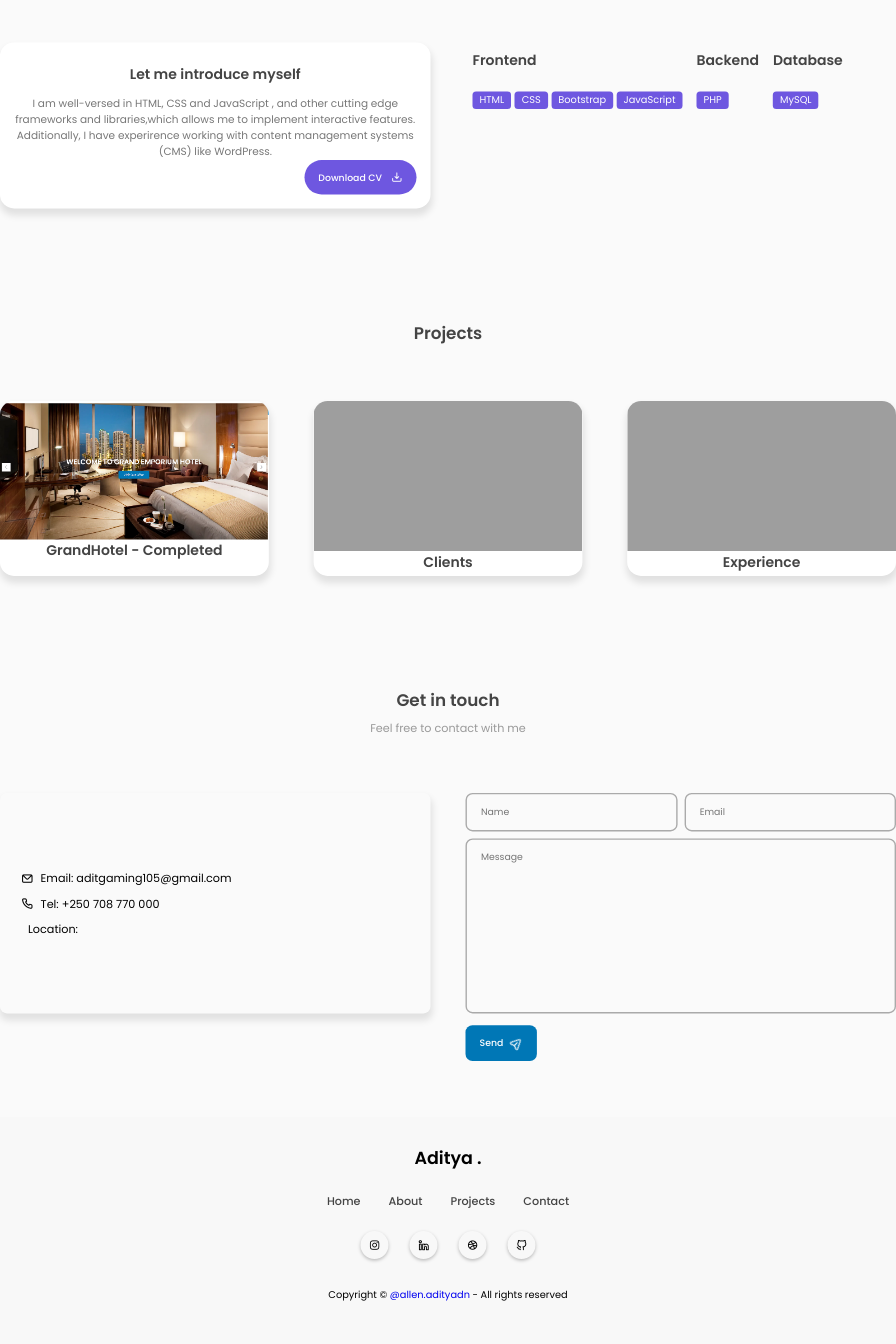
Repository: 4Kbrain/Portofolio
Page: index.html
The author's editor kept a copy of each file at every save. The page is drawn from the files as they stood at one save, then again after the next save.
The browser window is 1280 px wide. The pictures show the part of the page from y = 854 to 2774 px (the page is 2774 px tall), at 70% of full size.
Pictures or frames that could not be fetched are drawn as grey boxes.

Above is the page before, as saved 2024-05-15 16:37:53.
Console error: ReferenceError: ScrollReveal is not defined

After the next save:
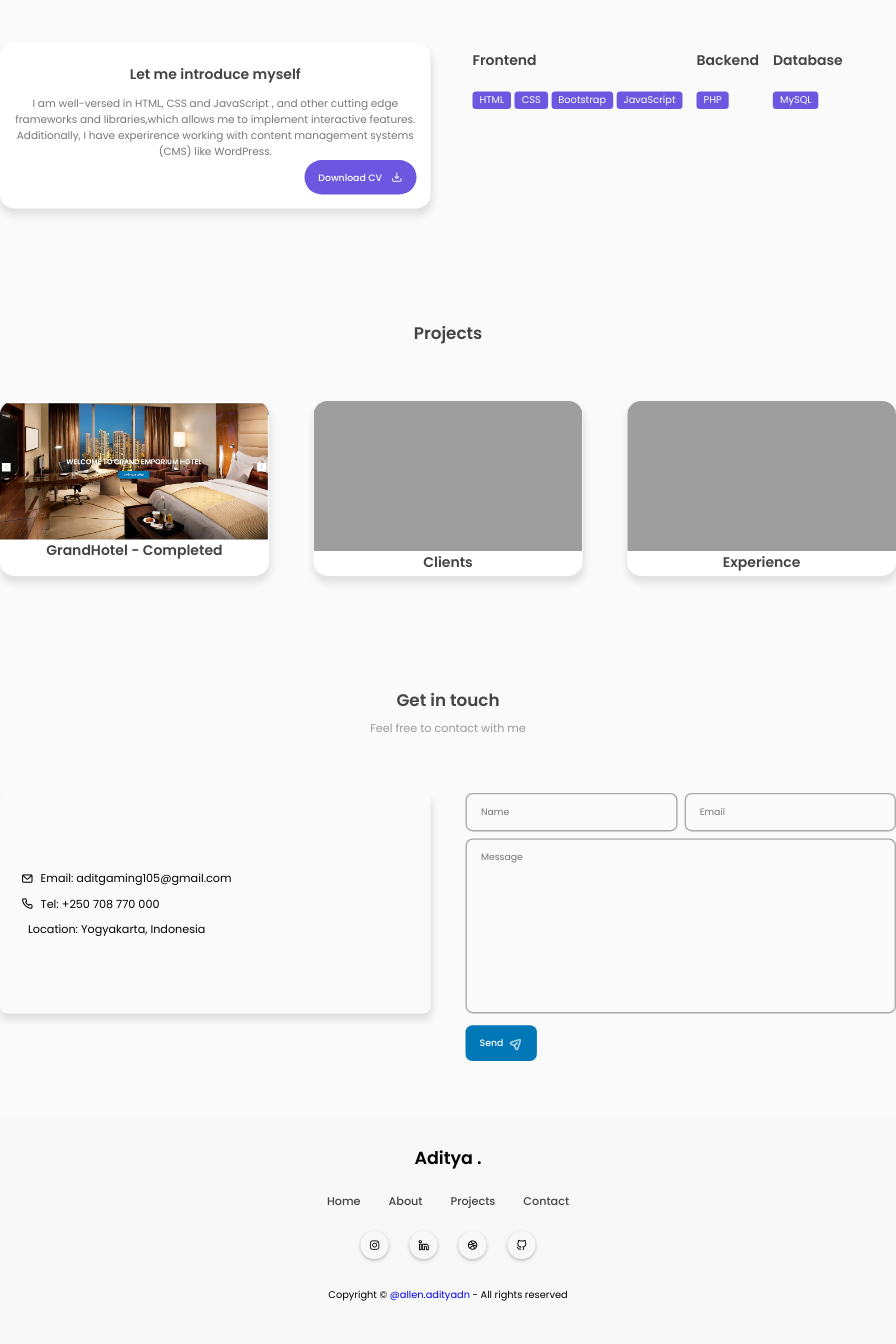
Saved 54 s later.
--- a/index.html
+++ b/index.html
@@ -182,7 +182,7 @@
                 <div class="contact-info">
                     <p><i class="uil uil-envelope"></i> Email: aditgaming105@gmail.com</p>
                     <p><i class="uil uil-phone"></i> Tel: +250 708 770 000</p>
-                    <p><i class="uil uil-location"></i>Location: </p>
+                    <p><i class="uil uil-location"></i>Location: Yogyakarta, Indonesia</p>
                 </div>
             </div>
             <div class="col">
